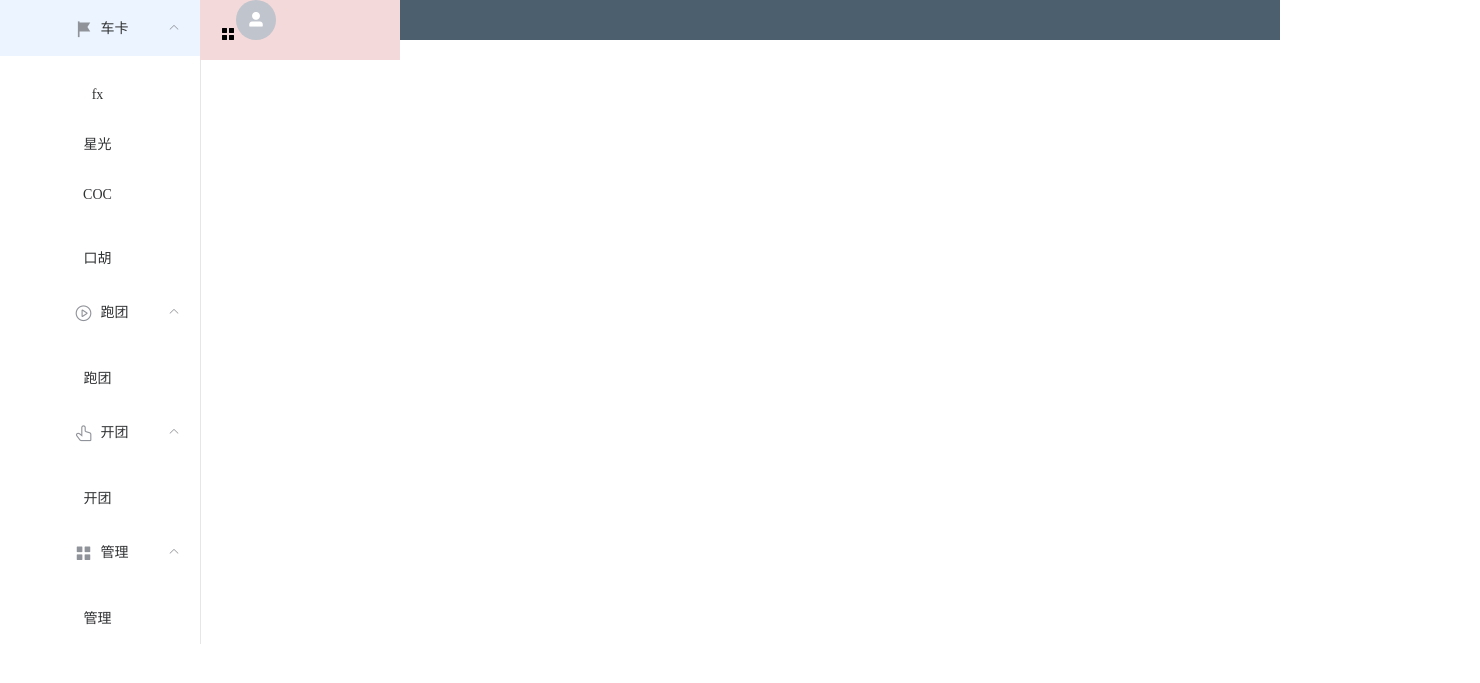
Repository: redlout/ptgkd
Page: /
An editor plug-in stored every save of this project. The page is shown before and after a run of saves, followed by the edit.
The browser window is 1280 px wide. The page is 1280 px wide, then 1480 px, so the pictures cover 1480 px, including what lies to the right of the window. The pictures show the whole page.
The project was rebuilt for these pictures with package versions that can differ from the ones it lists, and the page was loaded fresh each time. Also part of the build but not shown: src/mock/mock.js, src/views/Login.vue, src/components/SvgIcon/index.vue.

Above is the page before, as saved 2019-09-02 21:17:14.

### index.html
<!DOCTYPE html>
<html>
  <head>
    <meta charset="utf-8">
    <meta name="viewport" content="width=device-width,initial-scale=1.0">
    <title>ptgkd</title>
  </head>
  <body>
    <div id="app"></div>
    <!-- built files will be auto injected -->
  </body>
</html>

<style>
body{
  margin:0;
  padding:0;
}
</style>

### src/main.js
// import '@/styles/index.scss'
// import 'normalize.css/normalize.css'
import Vue from 'vue'
import App from './App'
import router from './router'

import ElementUI from 'element-ui'
import 'element-ui/lib/theme-chalk/index.css'
import api from './http/index'
import './icons'
import store from './store'

Vue.config.productionTip = false
Vue.use(ElementUI);
Vue.use(api);

// Vue.use(api)
/* eslint-disable no-new */
new Vue({
  el: '#app',
  router,
  store,
  render: h => h(App)
})

### src/router/index.js
import Vue from 'vue'
import Router from 'vue-router'
import HelloWorld from '@/views/HelloWorld'
import Login from '@/views/Login'

Vue.use(Router)

const router = new Router({
  routes: [
    {
      path: '/',
      name: 'HelloWorld',
      component: HelloWorld
    },
    {
      path: '/login',
      name: 'Login',
      component: Login
    }
  ]
})

export default router

### src/http/index.js
// 导入所有接口
import apis from './api'

const install = Vue => {
    if (install.installed)
        return;

    install.installed = true;

    Object.defineProperties(Vue.prototype, {
        // 注意，此处挂载在 Vue 原型的 $api 对象上
        $api: {
            get() {
                return apis
            }
        }
    })
}

export default install

### src/icons/index.js
import Vue from 'vue'
import SvgIcon from '@/components/SvgIcon'// svg component

// register globally
Vue.component('svg-icon', SvgIcon)

const req = require.context('./svg', false, /\.svg$/)
const requireAll = requireContext => requireContext.keys().map(requireContext)
requireAll(req)

### src/store/index.js
import Vue from 'vue'
import vuex from 'vuex'

Vue.use(vuex);
import collapse from './modules/collapse.js'
const store = new vuex.Store({
    modules: {
        collapseState: collapse,
        // menu: mymenu
        // 其他
    }
})

export default store

### src/views/HelloWorld.vue
<template>
<div class="container" >
  <el-container style="height: 100%;" direction="vertical">
    <AsideBar></AsideBar>
          <HeadBar></HeadBar>
    <el-container>

      <el-main></el-main>
    </el-container>
  </el-container>
</div>
</template>

<script>
import AsideBar from "../components/AsideBar/index";
import HeadBar from "../components/HeadBar/index";
export default {
  name: "HelloWorld",
  data() {
    return {
      isCollapse: false
    };
  },
  components: {
    AsideBar,
    HeadBar
  },
  methods: {
    logout: function() {
      var _this = this;
      this.$confirm("确认退出吗?", "提示", {
        type: "warning"
      }).then(() => {
        // sessionStorage.removeItem("user");
        this.$router.push("/login");
      });
    }
  }
};
</script>

<style scoped>
  .container {
    position:absolute;
    top: 0px;
    left: 0px;
    right: 0px;
    background: #4b5f6e;
  }
</style>

### src/http/api.js
import axios from './axios'

const login = data =>{
    return axios({
        url: '/login',
        method: 'post',
        data
    })
}

const logout = () =>{
    return axios({

    })
}

export default{
    login,
    logout
}

### src/store/modules/collapse.js
export default {
    state: {
        collapse:false  // 导航栏收缩状态
    },
    getters: {
        collapse(state){// 对应着上面state
            return collapse;
        }
    },
    mutations: {
        collapse(state){  // 改变收缩状态
            state.collapse = !state.collapse;
        }
    },
    actions: {

    }
}

### src/components/AsideBar/index.vue
<template>
  <el-aside width="initial" style="background-color: rgb(238, 241, 246) ">
    <el-menu
      :default-openeds="['1','2','3','4']"
      class="el-menu-vertical-demo"
      :collapse="$store.state.collapseState.collapse"
      @open="handleopen"
      @close="handleclose"
      @select="handleselect"
    >
      <el-submenu index="1">
        <template slot="title">
          <i class="el-icon-s-flag"></i>
          <span slot="title">车卡</span>
        </template>
        <el-menu-item-group>
          <el-menu-item index="1-1">fx</el-menu-item>
          <el-menu-item index="1-2">星光</el-menu-item>
          <el-menu-item index="1-3">COC</el-menu-item>
        </el-menu-item-group>
        <el-menu-item-group>
          <el-menu-item index="1-1">口胡</el-menu-item>
        </el-menu-item-group>
      </el-submenu>
      <el-submenu index="2">
        <template slot="title">
          <i class="el-icon-video-play"></i>
          <span slot="title">跑团</span>
        </template>
        <el-menu-item-group>
          <el-menu-item index="2-1">跑团</el-menu-item>
        </el-menu-item-group>
      </el-submenu>
      <el-submenu index="3">
        <template slot="title">
          <i class="el-icon-thumb"></i>
          <span slot="title">开团</span>
        </template>
        <el-menu-item-group>
          <el-menu-item index="3-1">开团</el-menu-item>
        </el-menu-item-group>
      </el-submenu>
      <el-submenu index="4">
        <template slot="title">
          <i class="el-icon-menu"></i>
          <span slot="title">管理</span>
        </template>
        <el-menu-item-group>
          <el-menu-item index="3-1">管理</el-menu-item>
        </el-menu-item-group>
      </el-submenu>
    </el-menu>
  </el-aside>
</template>


<script>
export default {
  name: "AsideBar",
  data() {
    return {
      isCollapse: false,
      logo: ""
    };
  },
  methods: {
    handleopen() {
      console.log("handleopen");
    },
    handleclose() {
      console.log("handleclose");
    },
    handleselect(a, b) {
      console.log("handleselect");
    }
  }
};
</script>

<style>
.el-aside {
  background-color: #d3dce6;
  color: #333;
  text-align: center;
  line-height: 10px;
  position: absolute;
}
  .el-menu-vertical-demo:not(.el-menu--collapse) {
    width: 200px;
    min-height: 400px;
  }

    .menu-bar-width {
    width: 200px;
  }
  .menu-bar-collapse-width {
    width: 65px;
  }
</style>

### src/components/HeadBar/index.vue
<template>
  <el-header :class="$store.state.collapseState.collapse?'menu-bar-collapse-width':'menu-bar-width'">
    <span @click="Oncollapse">
      <i class="el-icon-menu"></i>
    </span>

    <el-dropdown class="user-info-dropdown" trigger="hover">
      <el-avatar icon="el-icon-user-solid"></el-avatar>
      <el-dropdown-menu slot="dropdown">
        <el-dropdown-item>个人信息</el-dropdown-item>
        <el-dropdown-item>管理</el-dropdown-item>
        <el-dropdown-item divided @click="logout">登出</el-dropdown-item>
      </el-dropdown-menu>
    </el-dropdown>
  </el-header>
  <!-- <el-main></el-main> -->
</template>

<script>
export default {
  data(){
    return{
      isCollapse:false,
    };
  },
  methods:{
    Oncollapse: function(){
      this.$store.commit('collapse');
    }
  }
}
</script>

<style>
.el-header {
  position: absolute;
  background-color: rgb(243, 217, 217);
  left: 200px;
  right: 0px;
  height: 60px;
  line-height: 60px; */
  /* width: 100%
}
  .collapse-switcher {
    width: 40px;
    float: left;
    cursor: pointer;
    border-color: rgba(111, 123, 131, 0.8);
    border-left-width: 1px;
    border-left-style: solid;
    border-right-width: 1px;
    border-right-style: solid;
    color: white;
    background: #504e6180;
  }
    .menu-bar-width{
    left: 200px;
  }
    .menu-bar-collapse-width{
    left: 65px;
  }

      .user-info-dropdown {
      font-size: 20px;
      padding-right: 20px;
      color: #fff;
      cursor: pointer;
      float: right;
    }
</style>

### src/http/axios.js
import axios from 'axios';
import qs from 'qs';
import Cookies from "js-cookie";
import router from "@/router"

export default function $axios(options){
    return new Promise((resolve, reject) => {
      console.log(options)
        const instance = axios.create({
            baseURL: 'http://localhost:8080/',
            headers: {'Content-Type': 'application/json;charset=UTF-8'},
            timeout: '10000',
            transformResponse: [function (data){
            }]
        })
        // request 拦截器
        instance.interceptors.request.use(function(config){
                let token = Cookies.get('token')
                console.log(config)
                if(1){
                    config.headers.accessToken = 111
                }else{
                    //重定向到登陆页面
                    router.push('/login')
                }
                if(config.method === 'post'){
                    if(config.data.__proto__ === FormData.prototype
                        || config.url.endsWith('path')
                        || config.url.endsWith('mark')
                        || config.url.endsWith('patchs')
                        ){
                        }else{
                          config.data = qs.stringify(config.data)
                          console.log(config.data)
                        }
                    }
                    return config
                },
                function (error) {
                // 请求超时
                console.log('request:', error)
                if(error.code === 'ECONNABORTED' && error.message.indexOf('timeout') !== -1){
                    console.log('timeout 请求超时')
                }
                // 重定向到错误页面
                const errorInfo = error.response
                console.log(errorInfo)
                if(errorInfo){
                    error = errorInfo.data
                    const errorStatus = errorInfo.statue; // 404 403 500 ...
                    router.push({
                        path:  `/error/${errorStatus}`
                    })
                }
                return Promise.reject(error)
            }
        )
        console.log(11111111111111)
        instance.interceptors.response.use(function(response){
                let data;
                if(response.data == undefined){
                  data = JSON.parse(response.request.responseText)
                }else{
                    data = response.data
                }

                //根据返回的code 来进行不同的处理
                switch(data.rc){
                    case 1:
                        console.log(data.desc)
                        break;
                    case 0:
                        store.commit('changeState')
                    default:

                }
                return data
            },
            function(err){
              console.log(999999)
                if (err && err.response) {
                    switch (err.response.status) {
                      case 400:
                        err.message = '请求错误'
                        break
                      case 401:
                        err.message = '未授权，请登录'
                        break
                      case 403:
                        err.message = '拒绝访问'
                        break
                      case 404:
                        err.message = `请求地址出错: ${err.response.config.url}`
                        break
                      case 408:
                        err.message = '请求超时'
                        break
                      case 500:
                        err.message = '服务器内部错误'
                        break
                      case 501:
                        err.message = '服务未实现'
                        break
                      case 502:
                        err.message = '网关错误'
                        break
                      case 503:
                        err.message = '服务不可用'
                        break
                      case 504:
                        err.message = '网关超时'
                        break
                      case 505:
                        err.message = 'HTTP版本不受支持'
                        break
                      default:
                    }
                  }
                  console.error(err)
                  return Promise.reject(err)
            }
        )
        //请求处理
        instance(options).then(res => {
          console.log(2222222)
            resolve(res)
            return false
        }).catch(error => {
          console.log(33333)
            reject(error)
        })
        console.log(4444)
    })
}

Loaded but not shown: src/App.vue (common file)

After the next 2 saves:
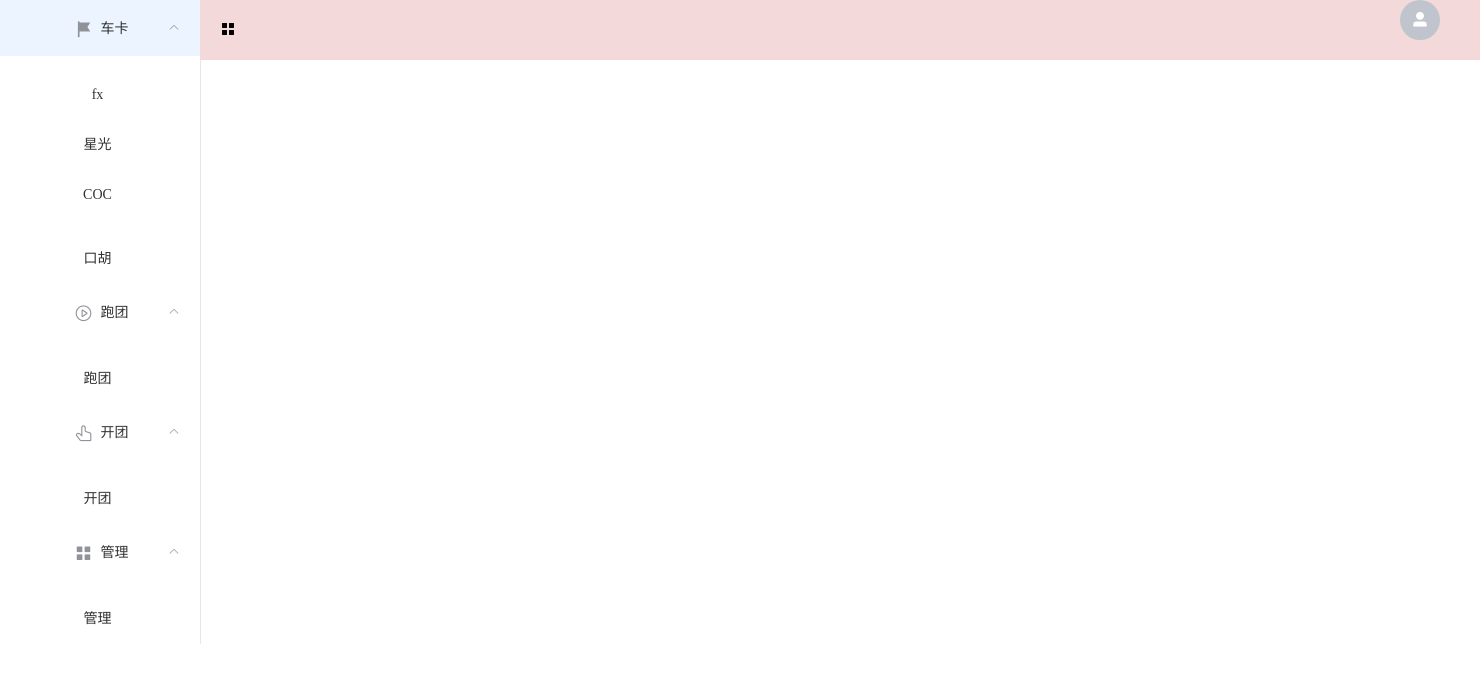
The 2 saves are shown as one change because they came seconds apart.
The last was saved 9 s later.
--- a/src/components/HeadBar/index.vue
+++ b/src/components/HeadBar/index.vue
@@ -38,8 +38,8 @@ export default {
   left: 200px;
   right: 0px;
   height: 60px;
-  line-height: 60px; */
-  /* width: 100%
+  line-height: 60px;
+  width: 100%
 }
   .collapse-switcher {
     width: 40px;
